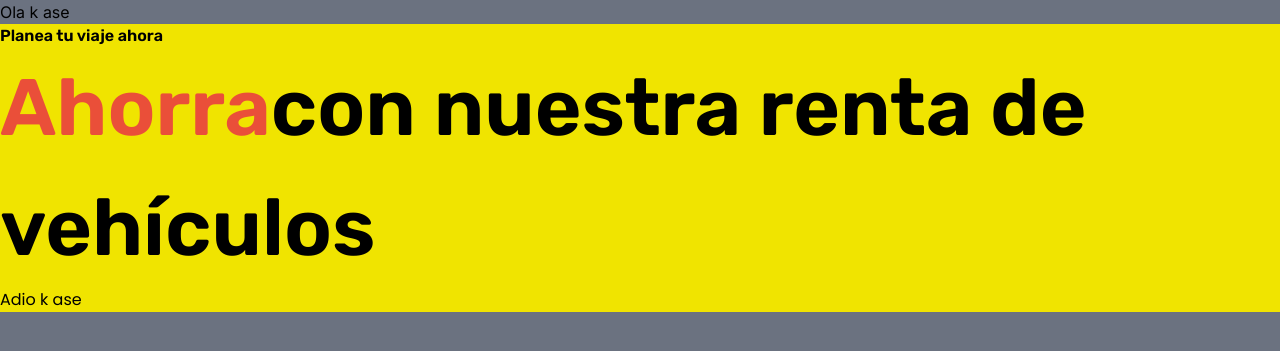
Repository: aldovelacasas/PF_RentCar2
Page: /homePage
The author's editor kept a copy of each file at every save. The page is drawn from the files as they stood at one save, then again after the next save.
The browser window is 1280 px wide. The pictures show the whole page.
The project was rebuilt for these pictures with package versions that can differ from the ones it lists, and the page was loaded fresh each time. The framework's server and built-in components were replaced by stand-ins that run in the browser. Also part of the build but not shown: next.config.js.

Above is the page before, as saved 2023-08-29 18:53:09.

### src/app/layout.jsx
import "./globals.css";
import { Inter } from "next/font/google";

const inter = Inter({ subsets: ["latin"] });

export const metadata = {
  title: "Create Next App",
  description: "Generated by create next app",
};

export default function RootLayout({ children }) {
  return (
    <html lang="en">
      <body className={inter.className}>
        <h1>Ola k ase</h1>
        <div className="h-[calc(100vh-5rem)]">{children}</div>
      </body>
    </html>
  );
}

### src/app/homePage/page.jsx
import { Rubik, Poppins } from "next/font/google";

const fontRubik = Rubik({
  weight: "600",
  subsets: ["latin"],
});

const fontPoppins = Poppins({
  weight: "400",
  subsets: ["latin"],
});
const poppins = fontPoppins.className;
const rubik = fontRubik.className;

function HomePage() {
  return (
    <div className={`bg-amarillo_status ${rubik}`}>
      <p className={`${poppins.className}`}>Planea tu viaje ahora</p>
      <h1 className="text-[5em]">
        <span className="text-naranja_enf">Ahorra</span>con nuestra renta de
        vehículos
      </h1>
      <div>
        <p className={`${poppins}`}>Adio k ase</p>
      </div>
    </div>
  );
}

export default HomePage;

### src/app/globals.css
@tailwind base;
@tailwind components;
@tailwind utilities;

body {
   @apply bg-gray-500; /* Fondo más claro */
   color: gray-800; /* Texto oscuro */
}

### tailwind.config.js
/** @type {import('tailwindcss').Config} */
module.exports = {
  content: [
    "./src/pages/**/*.{js,ts,jsx,tsx,mdx}",
    "./src/components/**/*.{js,ts,jsx,tsx,mdx}",
    "./src/app/**/*.{js,ts,jsx,tsx,mdx}",
  ],
  theme: {
    extend: {
      backgroundImage: {
        "gradient-radial": "radial-gradient(var(--tw-gradient-stops))",
        "gradient-conic":
          "conic-gradient(from 180deg at 50% 50%, var(--tw-gradient-stops))",
      },
      colors: {
        gris_fondo: "#dbdbdb",
        gris_frente: "#e9e9e9",
        negro_fondo: "#282828",
        naranja_enf: "#ea4f39",
        rojo_status: "#e30613",
        verde_status: "#4aaf4d",
        amarillo_status: "#f0e400",
      },
    },
  },
  plugins: [],
};

After the next save:
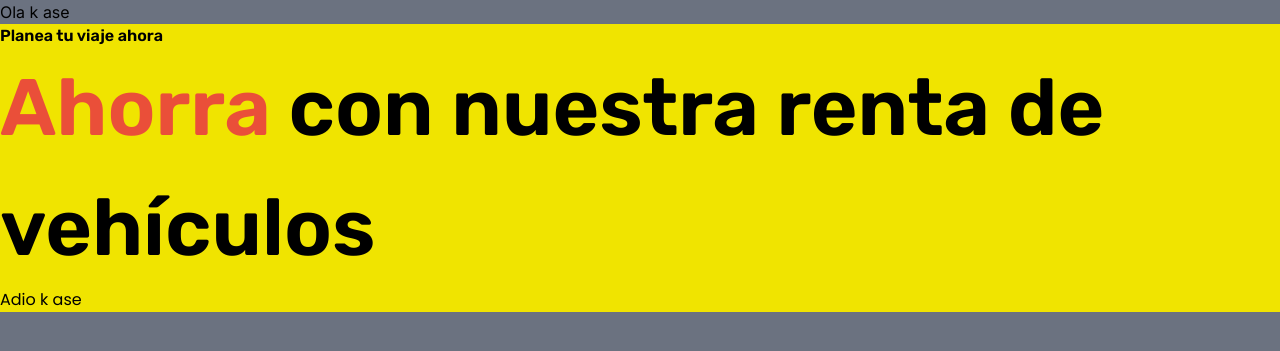
Saved 15 s later.
--- a/src/app/homePage/page.jsx
+++ b/src/app/homePage/page.jsx
@@ -17,7 +17,7 @@ function HomePage() {
     <div className={`bg-amarillo_status ${rubik}`}>
       <p className={`${poppins.className}`}>Planea tu viaje ahora</p>
       <h1 className="text-[5em]">
-        <span className="text-naranja_enf">Ahorra</span>con nuestra renta de
+        <span className="text-naranja_enf">Ahorra </span>con nuestra renta de
         vehículos
       </h1>
       <div>
